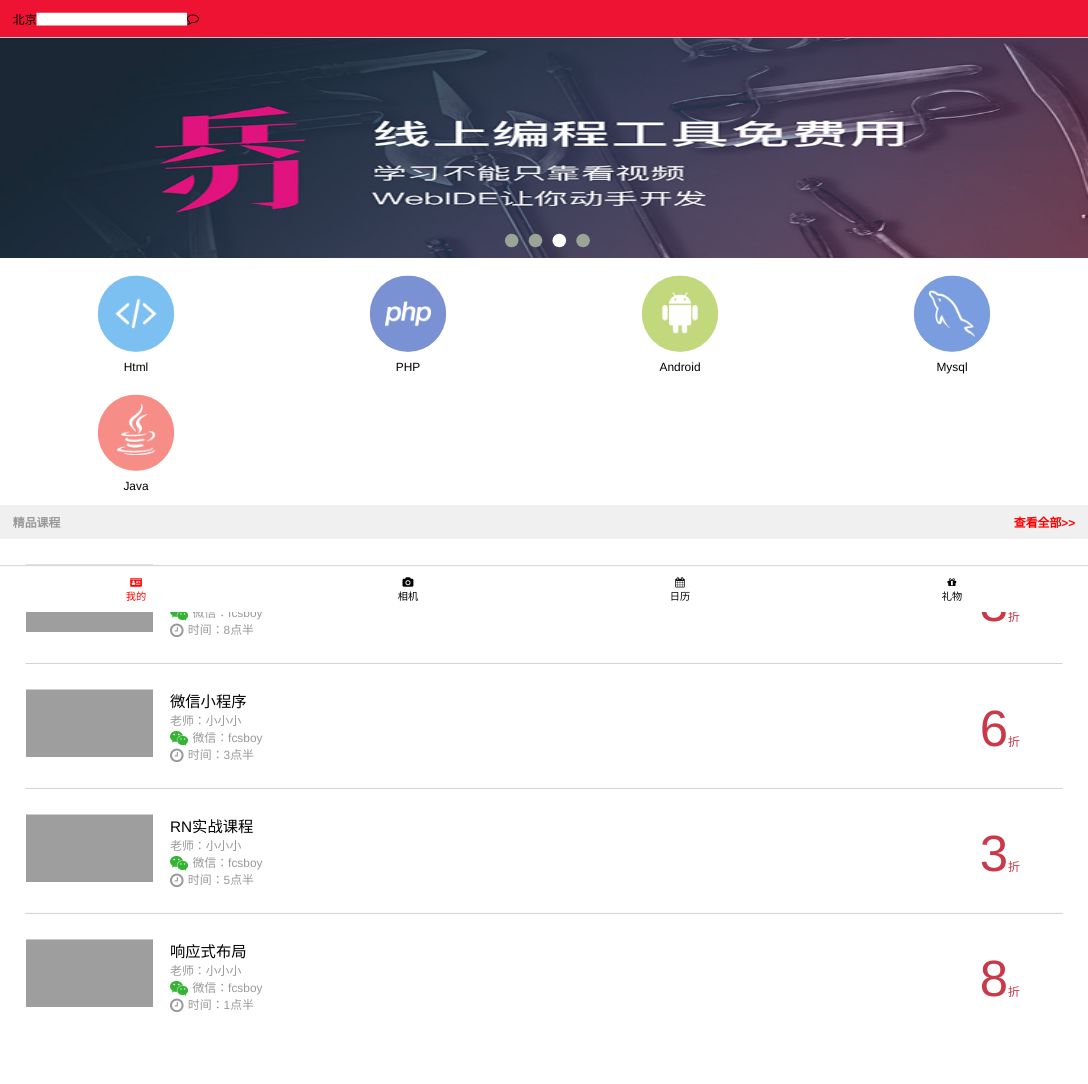
Repository: zhenzhen-gong/flextContent
Page: index.html
An editor plug-in stored every save of this project. The page is shown before and after the next save, followed by the edit.
The browser window is 1280 px wide. The pictures show the whole page, at 85% of full size.
Pictures or frames that could not be fetched are drawn as grey boxes.

Above is the page before, as saved 2020-06-19 11:35:18.

### index.html
<!DOCTYPE html>
<html lang="en">

<head>
    <meta charset="UTF-8">
    <meta name="viewport" content="width=device-width, initial-scale=1.0">
    <title>移动端响应式小项目</title>
    <link rel="stylesheet" href="css/style.css">
    <link rel="stylesheet" href="css/font-awesome/css/font-awesome.min.css">
    <script src="http://cdn.bootcss.com/jquery/1.12.4/jquery.js"></script>
    <script src="script.js"></script>
</head>

<body>
    <header>
        <div class="head"><!--  为了解决display：flex与position：fixed的冲突，增加外层盒子 -->
        <a href="#" class="left-address">北京</a>
        <input class="middle-form" name="search">
        <a href="#" class="right-message">
            <i class="fa fa-comment-o"></i>
        </a>
    </div>
    </header>
    <section>
        <div class="imgholder">
            <div class="imgBox" id="imgBox">
                <div class="imgcontent active"><img src="img/banner1.jpg" alt="图片加载失败"></div>
                <div class="imgcontent"><img src="img/banner2.jpg" alt="图片加载失败"></div>
                <div class="imgcontent"><img src="img/banner3.jpg" alt="图片加载失败"></div>
                <div class="imgcontent"><img src="img/banner4.jpg" alt="图片加载失败"></div>
            </div>
            <div class="imgCircle" id="imgCircle">
                <span class="active"></span>
                <span></span>
                <span></span>
                <span></span>
            </div>
        </div>
        <div class="content">
            <div>
                <img src="img/1.png" alt="">
                <span>Html</span>
            </div>
            <div>
                <img src="img/2.png" alt="">
                <span>PHP</span>
            </div>
            <div>
                <img src="img/3.png" alt="">
                <span>Android</span>
            </div>
            <div>
                <img src="img/4.png" alt="">
                <span>Mysql</span>
            </div>
            <div>
                <img src="img/5.png" alt="">
                <span>Java</span>
            </div>
        </div>
        <div class="nav">
            <span>精品课程</span>
            <span>查看全部>></span>
        </div>
        <div class="items">
            <div class="item">
                <div class="item_left">
                    <img src="http://szimg.mukewang.com/5806de7c00014a3105400300-360-202.jpg" alt="">
                </div>
                <div class="item_center">
                    <p>jQuery实战课程</p>
                    <p>老师：小小小</p>
                    <p><i class="fa fa-weixin fa-lg"></i>微信：fcsboy</p>
                    <p><i class="fa fa-clock-o fa-lg"></i>时间：8点半</p>
                </div>
                <div class="item_right">
                    <span>3</span><em>折</em>
                </div>
            </div>
            <div class="item">
                <div class="item_left">
                    <img src="http://szimg.mukewang.com/583e42fb0001e04f05400300-360-202.jpg" alt="">
                </div>
                <div class="item_center">
                    <p>微信小程序</p>
                    <p>老师：小小小</p>
                    <p><i class="fa fa-weixin fa-lg"></i>微信：fcsboy</p>
                    <p><i class="fa fa-clock-o fa-lg"></i>时间：3点半</p>
                </div>
                <div class="item_right">
                    <span>6</span><em>折</em>
                </div>
            </div>
            <div class="item">
                <div class="item_left">
                    <img src="http://szimg.mukewang.com/57ec8a820001c60b05400300-360-202.jpg" alt="">
                </div>
                <div class="item_center">
                    <p>RN实战课程</p>
                    <p>老师：小小小</p>
                    <p><i class="fa fa-weixin fa-lg"></i>微信：fcsboy</p>
                    <p><i class="fa fa-clock-o fa-lg"></i>时间：5点半</p>
                </div>
                <div class="item_right">
                    <span>3</span><em>折</em>
                </div>
            </div>
            <div class="item">
                <div class="item_left">
                    <img src="http://szimg.mukewang.com/576b84c10001b1c005400300-360-202.jpg" alt="">
                </div>
                <div class="item_center">
                    <p>响应式布局</p>
                    <p>老师：小小小</p>
                    <p><i class="fa fa-weixin fa-lg"></i>微信：fcsboy</p>
                    <p><i class="fa fa-clock-o fa-lg"></i>时间：1点半</p>
                </div>
                <div class="item_right">
                    <span>8</span><em>折</em>
                </div>
            </div>
        </div>
    </section>
    <footer>
        <div class="active">
            <a href="#" class="active">
                <i class="fa fa-id-card"></i>
            </a>
            我的
        </div>
        <div>
            <a href="#">
                <i class="fa fa-camera"></i>
            </a>
            相机
        </div>
        <div>
            <a href="#">
                <i class="fa fa-calendar"></i>
            </a>
            日历
        </div>
        <div>
            <a href="#">
                <i class="fa fa-gift"></i>
            </a>
            礼物
        </div>
    </footer>
</body>

</html>

### css/style.css
/* css初始化 */
*{
    margin: 0;
    padding: 0;
    border: none;
}
body{
    font-size: 14px;
    font-family: 'Franklin Gothic Medium', 'Arial Narrow', Arial, sans-serif;
}
a{
    text-decoration: none;
    color: black;
}
/* 头部导航 */
header{
    position: fixed;
    width: 100%;
}
header .head{
   height: 44px;
   padding: 0 15px;
   background: #ef1333;
   display: flex;
   align-items: center;
}
/* 正文部分 */
.Tbox{
    width: 640px;
    position: absolute;
    left: 0;
    right: 0;
    margin: 0 auto;
}

.fixed>header{

}
.fixed>header>a.left-address{
    margin-right: 15px;
    color: #ffffff;
}
.fixed>header>input.middle-form{
   flex: 1;
   box-sizing: border-box;
   height: 28px;
   border-radius: 8px;
   border: none;
}
.fixed>header>a.right-message{
    margin-left: 15px;
    color: #ffffff;
}
/* 图片轮播 */
section>div.imgholder{
    padding-top: 44px;
    height: 260px;
    width: 100%;
    position: relative;
    overflow: hidden;
}
section>div.imgholder>div.imgBox{
    height: 100%;
    width: 100%;
}
section>div.imgholder>div.imgBox>div.imgcontent{
    position: absolute;
    height: 100%;
    width: 100%;
    overflow: hidden;
    display: none;
}
section>div.imgholder>div.imgBox>div.active{
    display: block;
}
section>div.imgholder>div.imgBox>div.imgcontent>img{
    width: 100%;
    height: 100%;
}
/* 控制图片切换的圆点 */
section>div.imgholder>div.imgCircle{
    position: absolute;
    bottom: 10px;
    width: 100%;
    text-align: center;
}
section>div.imgholder>div.imgCircle>span{
    display: inline-block;
    height: 16px;
    width: 16px;
    border-radius: 50%;
    background: #9aa499;
    cursor: pointer;
    margin-left: 8px;
}
section>div.imgholder>div.imgCircle>span.active{
    background: #ffffff;
}
/* 正文内容菜单部分 */
section>div.content{
    display: flex;
    flex-wrap: wrap;
    padding-top: 10px;
    background: #ffffff;
}
section>div.content>div{
    width: 25%;
    height: 120px;
    text-align: center;
    margin: 10px 0;
}
section>div.content>div>span{
    display: block;
    margin-top: 7px;
}
section>div.content>div>img{
    border-radius: 50%;
}

/* 精品课程的导航条 */
section>div.nav{
    height: 40px;
    background: #f0f0f0;
    display: flex;
    justify-content: space-between;
    align-items: center;
    padding: 0 15px;
}
section>div.nav>span:nth-child(1){
    color: #999;
    font-weight: bold;
}
section>div.nav>span:nth-child(2){
    color: red;
    font-weight: bold;
}

/* 正文内容 */
section>div.items{
    background: #ffffff;
    padding: 0 30px;
    margin-bottom: 54px;
}
section>div.items>div.item{
    position: relative;
    display: flex;
    padding: 30px 0;
    border-bottom: 1px solid #cccccc;
}
section>div.items>div.item:last-child{
    border: none;
}
section>div.items>div.item>div.item_left>img{
    width: 150px;
    height: 80px;
}
section>div.items>div.item>div.item_center{
   padding-left: 20px;
}
.item_center p:nth-child(1){
	font-size: 18px;
}
.item_center p:nth-child(2){
	color: #999;
}
.item_center p:nth-child(3){
	color: #999;
}
.item_center p:nth-child(3) i{
	color: #33b433;
	margin-right: 5px;
}
.item_center p:nth-child(4) i{
	margin-right: 5px;
}
.item_center p:nth-child(4){
	color: #999;
}
.item_center p:nth-child(5){
	color: #999;
}
.item_right{
	position: absolute;
    right: 50px;
    bottom: 35px;
	color:#c9394a;
}
.item_right span{
	font-size: 60px;
}
.item_right em{
    font-size: 14px;
	font-style: normal;
}

/* 页脚部分 */
footer{
    position: fixed;
    bottom: 0;
    height: 54px;
    width: 100%;
    font-size: 12px;
    display: flex;
    align-items: center;
    text-align: center;
    background: #ffffff;;
    border-top: 1px solid #cccccc;
}
footer>div{
    flex: 1;
}
footer>div.active{
    color: red;
}
footer>div>a{
    display: block;
}
footer>div>a.active{
    color: red;
}

### script.js
$(document).ready(function(){
    var index = 0,
        timer = null,
        imgs = $("#imgBox").children("div"),
        circles = $("#imgCircle").children("span")
        console.log(circles);

    function imgslider () {
        //当鼠标在图片上时，停止轮播
        $("#imgBox").mouseover(function(){
            if(timer) clearInterval(timer)
        })
        //当鼠标移出图片时，图片继续轮播
        $("#imgBox").mouseout(function(){
            // 图片自动轮播
        timer = setInterval(function(){
            index++;
            if(index>=imgs.length){
                index = 0
            }
            changeImg()
        },2000)
        });
        //一开始就执行mouseout，图片轮播
        $("#imgBox").mouseout()

        // 点击圆点切换图片
        // 1、找到所有圆点  并为每个圆点绑定click事件
        for(let i = 0;i<circles.length;i++){
            circles[i].id = i;
            circles[i].onclick = function(){
                index = i;
                changeImg()
                if(timer) clearInterval(timer)
            }
        }

    }





    function changeImg() {
       // 当前图片的display属性为block，其他为none；
       for(let i = 0;i<imgs.length;i++){
           imgs[i].style.display = "none"
           circles[i].className = " "
       }
       imgs[index].style.display = "block"
       circles[index].className = "active "
    }
    imgslider()
})

Loaded but not shown: css/font-awesome/css/font-awesome.min.css (library)

After the next save:
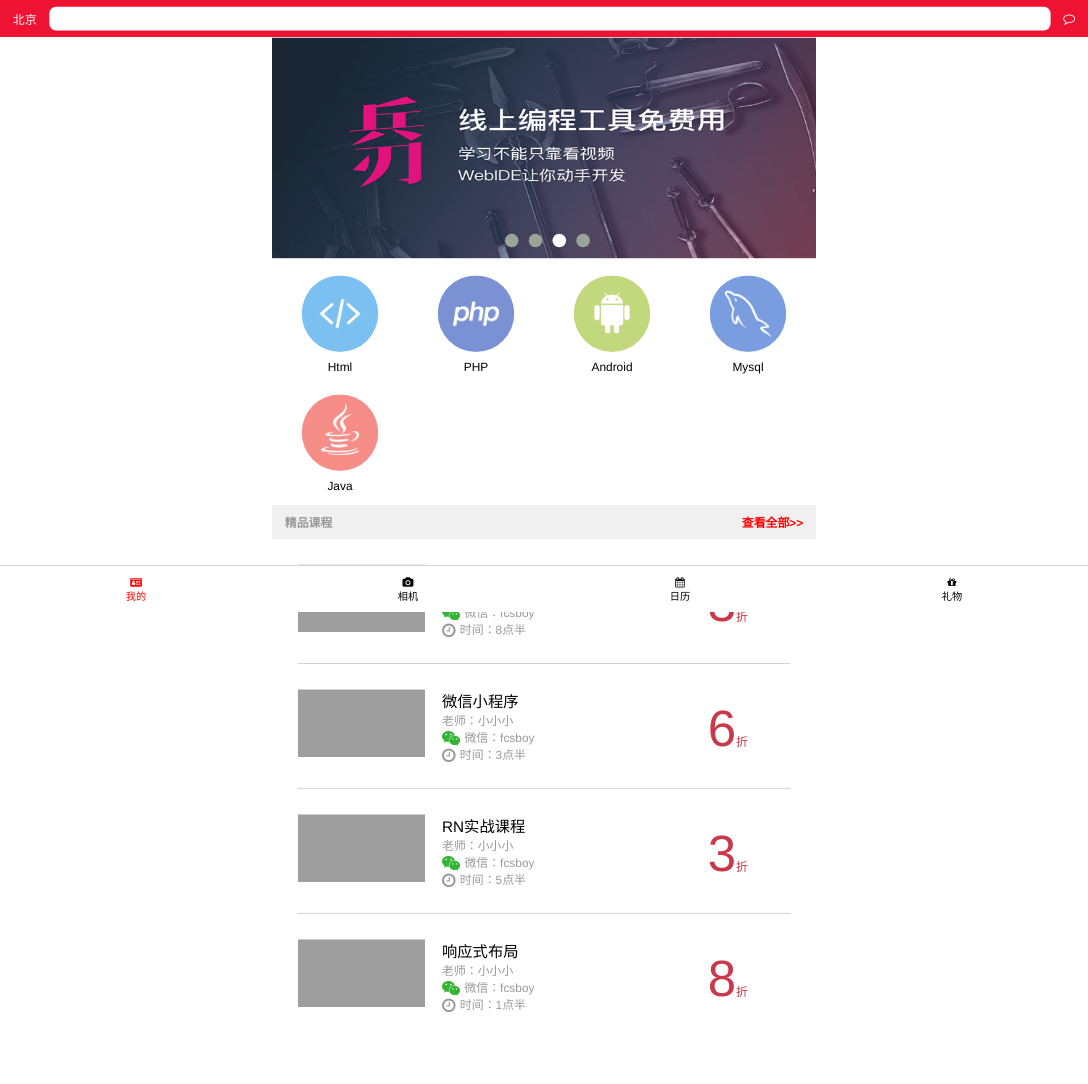
Saved 2 min 57 s later.
--- a/css/style.css
+++ b/css/style.css
@@ -24,36 +24,32 @@
    display: flex;
    align-items: center;
 }
+header .head .left-address{
+    margin-right: 15px;
+    color: #ffffff;
+}
+header .head .middle-form{
+    flex: 1;
+   box-sizing: border-box;
+   height: 28px;
+   border-radius: 8px;
+   border: none;
+}
+header .head .right-message{
+    margin-left: 15px;
+    color: #ffffff;
+}
 /* 正文部分 */
-.Tbox{
+section{
     width: 640px;
     position: absolute;
     left: 0;
     right: 0;
-    margin: 0 auto;
-}
-
-.fixed>header{
-
-}
-.fixed>header>a.left-address{
-    margin-right: 15px;
-    color: #ffffff;
-}
-.fixed>header>input.middle-form{
-   flex: 1;
-   box-sizing: border-box;
-   height: 28px;
-   border-radius: 8px;
-   border: none;
-}
-.fixed>header>a.right-message{
-    margin-left: 15px;
-    color: #ffffff;
-}
+    margin: 44px auto 0;
+}
+
 /* 图片轮播 */
 section>div.imgholder{
-    padding-top: 44px;
     height: 260px;
     width: 100%;
     position: relative;
